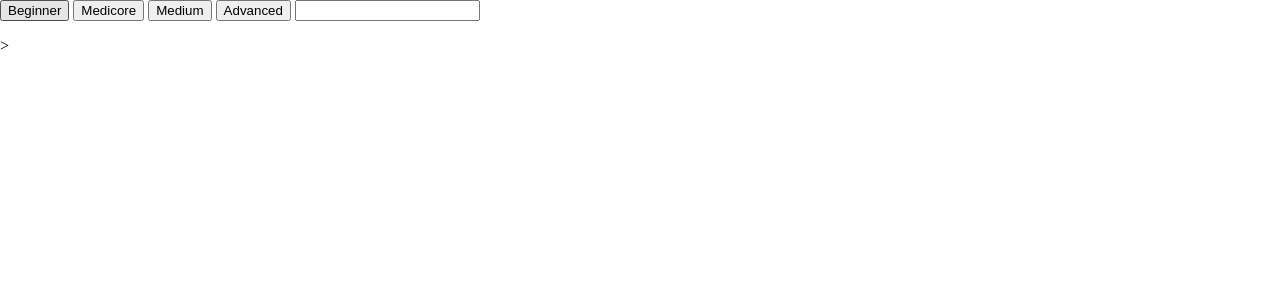
Repository: chimeconfused999/Vocab-Game
Page: index.html
The author's editor kept a copy of each file at every save. The page is drawn from the files as they stood at one save, then again after the next save.
The browser window is 1280 px wide. The pictures show the whole page.

Above is the page before, as saved 2022-07-09 17:08:59.
Console error: SyntaxError: Cannot use import statement outside a module

### index.html
<!DOCTYPE html>
<html>
<body>
  <meta name="viewport" content="width=device-width, initial-scale=1">


<title>
    Vocab Game
</title>

<!--
<style>
  /* Center the loader */
  #loader {
    position: absolute;
    left: 50%;
    top: 50%;
    z-index: 1;
    width: 120px;
    height: 120px;
    margin: -76px 0 0 -76px;
    border: 16px solid #f3f3f3;
    border-radius: 50%;
    border-top: 16px solid #3498db;
    -webkit-animation: spin 2s linear infinite;
    animation: spin 2s linear infinite;
  }

  @-webkit-keyframes spin {
    0% { -webkit-transform: rotate(0deg); }
    100% { -webkit-transform: rotate(360deg); }
  }

  @keyframes spin {
    0% { transform: rotate(0deg); }
    100% { transform: rotate(360deg); }
  }

  /* Add animation to "page content" */
  .animate-bottom {
    position: relative;
    -webkit-animation-name: animatebottom;
    -webkit-animation-duration: 1s;
    animation-name: animatebottom;
    animation-duration: 1s
  }

  @-webkit-keyframes animatebottom {
    from { bottom:-100px; opacity:0 }
    to { bottom:0px; opacity:1 }
  }

  @keyframes animatebottom {
    from{ bottom:-100px; opacity:0 }
    to{ bottom:0; opacity:1 }
  }

  #myDiv {
    display: none;
    text-align: center;
  }
  </style>
-->

  </head>
  <body onload="myFunction()" style="margin:0;">

  <div id="loader"></div>

  <div style="display:none;" id="myDiv" class="animate-bottom">
    <h2>Welcome to the Vocab Game!</h2>
    <p>Please select a level!</p>
  </div>
  <div id ="buttons">
    <button>Beginner</button>
    <button>Medicore</button>
    <button>Medium</button>
    <button>Advanced</button>
    <input id="output" type="text">
  </div>

  <p></p>

  <!--
  <script>
  var myVar;

  function myFunction() {
    myVar = setTimeout(showPage, 3000);
  }

  function showPage() {
    document.getElementById("loader").style.display = "none";
    document.getElementById("myDiv").style.display = "block";
  }
  </script>
-->

</body>
</html>



<script src="index.js" ></script>
<script type="module">

  </script>
<style src="index.css"></style>>

### index.js
function loadAdmin() {
    document.getElementById("header1").style.visibility="hidden";
}
var myVar;

function myFunction() {
  myVar = setTimeout(showPage, 3000);
}

function showPage() {
  document.getElementById("loader").style.display = "none";
  document.getElementById("myDiv").style.display = "block";
}

    // Import the functions you need from the SDKs you need
    import { initializeApp } from "https://www.gstatic.com/firebasejs/9.8.4/firebase-app.js";
    import { getAnalytics } from "https://www.gstatic.com/firebasejs/9.8.4/firebase-analytics.js";
    // TODO: Add SDKs for Firebase products that you want to use
    // https://firebase.google.com/docs/web/setup#available-libraries

    // Your web app's Firebase configuration
    // For Firebase JS SDK v7.20.0 and later, measurementId is optional
    const firebaseConfig = {
      apiKey: "AIzaSyAb46T6Htsp0_VkTugv9a8DA2vzTQZ7ogk",
      authDomain: "vocabulary-game-589f7.firebaseapp.com",
      projectId: "vocabulary-game-589f7",
      storageBucket: "vocabulary-game-589f7.appspot.com",
      messagingSenderId: "569712911298",
      appId: "1:569712911298:web:a2909d5050b47448a5ac5b",
      measurementId: "G-1L23PJLGEE"
    };

    // Initialize Firebase
    const app = initializeApp(firebaseConfig);
    const analytics = getAnalytics(app);

  document.querySelector('#buttons')
  .addEventListener('click', event => {
    let target = event.target;
    if (target.matches('button')) {
      let value = target.innerHTML

      document.querySelector('#output').value += value
    }
  });

After the next save:
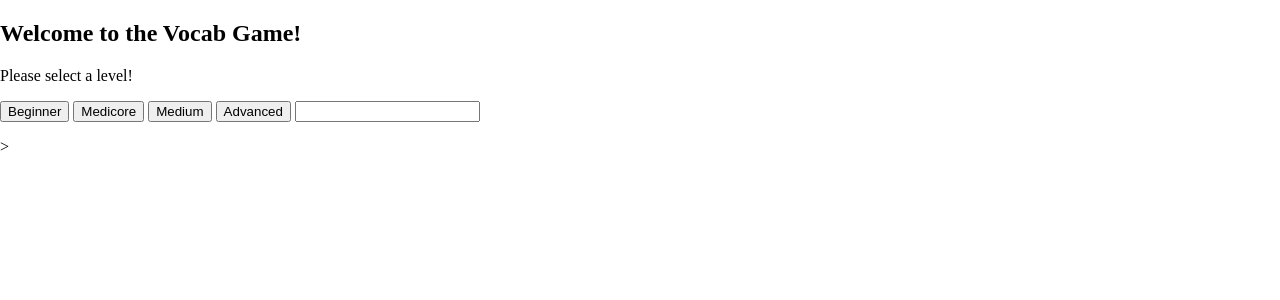
Saved 65 min 54 s later.
--- a/index.html
+++ b/index.html
@@ -81,7 +81,7 @@
 
   <p></p>
 
-  <!--
+
   <script>
   var myVar;
 
@@ -93,8 +93,18 @@
     document.getElementById("loader").style.display = "none";
     document.getElementById("myDiv").style.display = "block";
   }
+  document.querySelector('#buttons')
+  .addEventListener('click', event => {
+    let target = event.target;
+    if (target.matches('button')) {
+      let value = target.innerHTML
+
+      document.querySelector('#output').value += value
+    }
+  });
+
   </script>
--->
+
 
 </body>
 </html>
